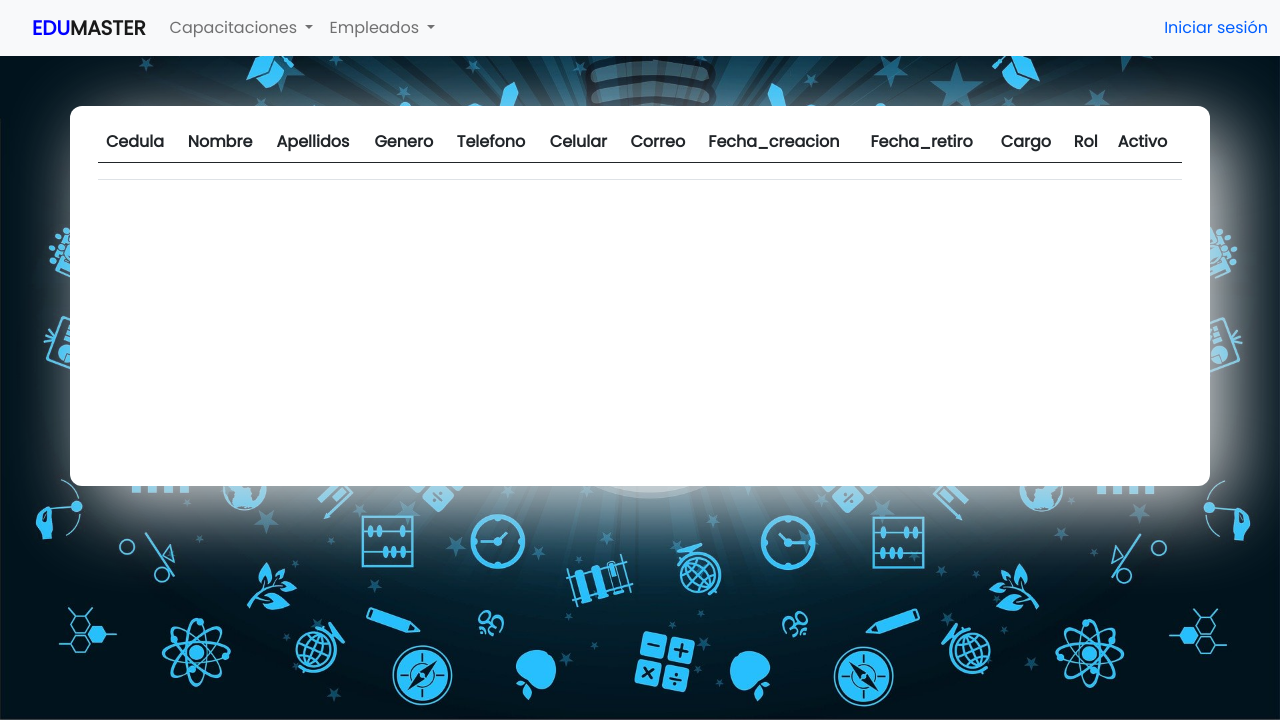
Repository: alejo95-svg/Edumaster
Page: http://localhost/ListarUsuarios
These files come from the project's save history. The page is drawn as it stood at one moment and after the next save; the edit follows.
The browser window is 1280 px wide. The pictures show the whole page.
Some web libraries are served in a nearby version. The page is this project's Thymeleaf template; nobody is signed in. The template is opened directly, without the code that normally fills it, so the values that code supplies are empty.

Above is the page before, as saved 2022-09-22 01:17:34.

After the next save:
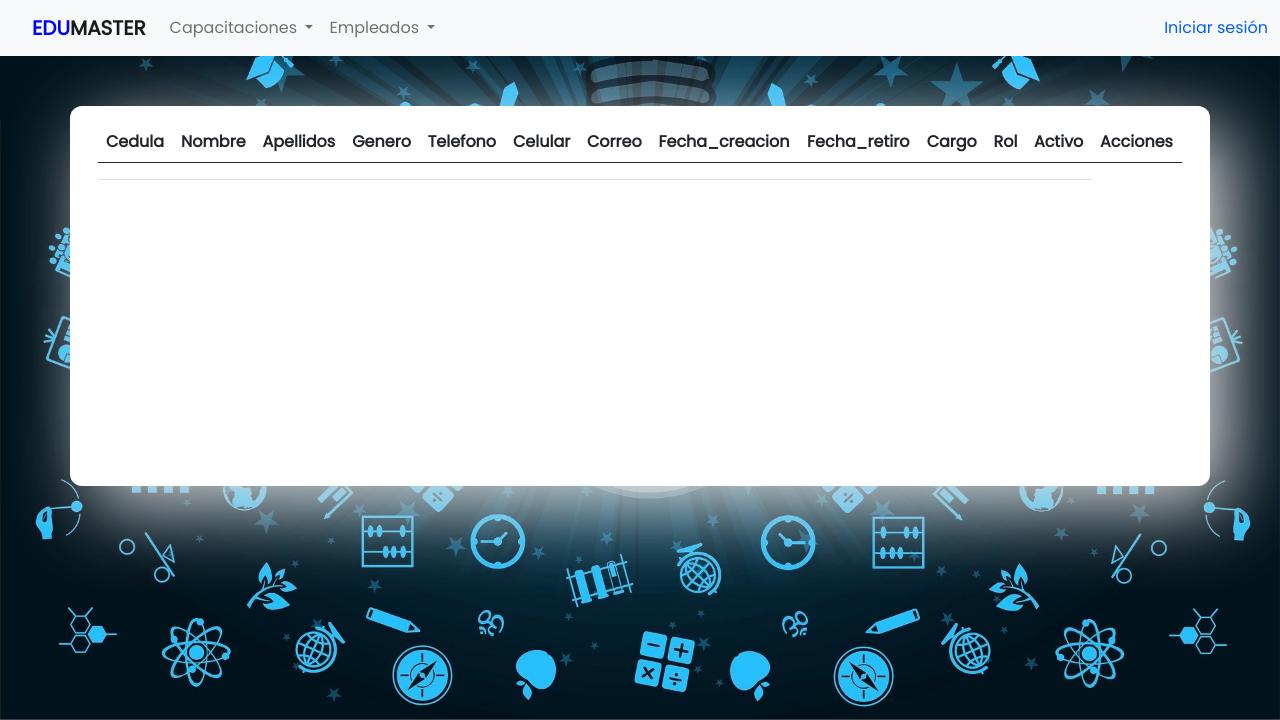
Saved 20 s later.
--- a/Edumaster/src/main/resources/templates/ListarUsuarios.html
+++ b/Edumaster/src/main/resources/templates/ListarUsuarios.html
@@ -19,6 +19,7 @@
                             <th scope="col">Cargo</th>
                             <th scope="col">Rol</th>
                             <th scope="col">Activo</th>
+                            <th scope="col">Acciones</th>
                           </tr>
                         </thead>
                         <tbody>
